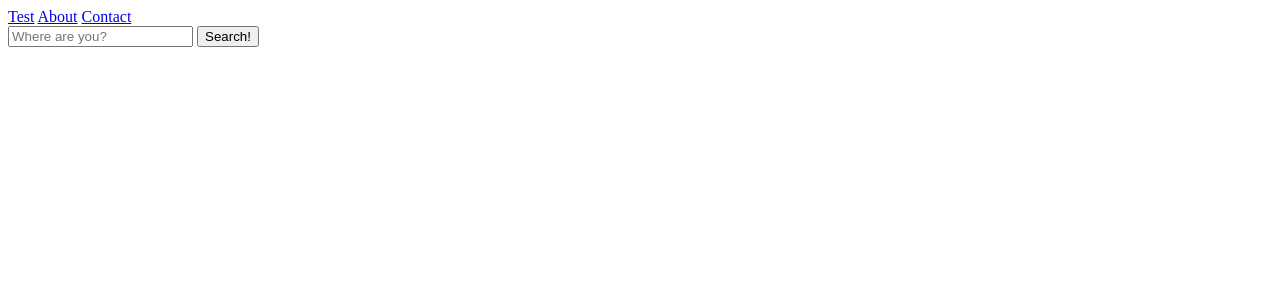
Repository: elliegmawer/test
Page: index.html
The author's editor kept a record of every edit. The page is drawn from the files as they stood at one moment, then again after the next edit.
The browser window is 1280 px wide. The pictures show the whole page.

Above is the page before.
Console error: ReferenceError: emailjs is not defined

After the next edit:
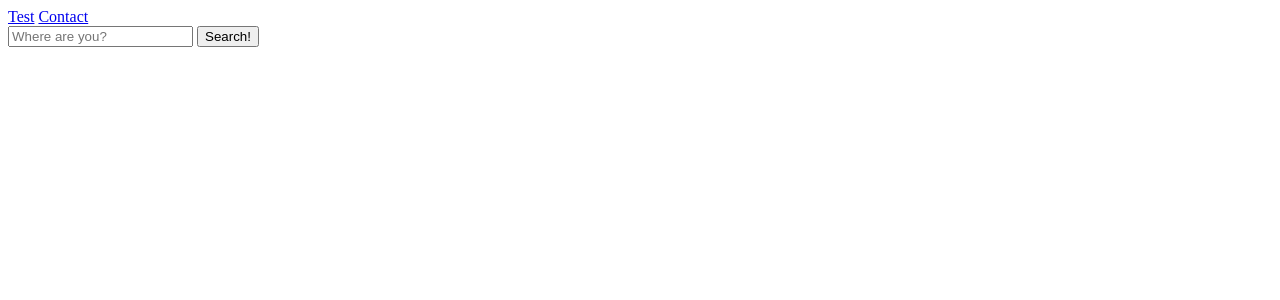
The edit:
--- a/index.html
+++ b/index.html
@@ -26,7 +26,6 @@
   <!-- Navigation links -->
   <div id="navbar">
     <a href="#test">Test</a>
-    <a href="#about">About</a>
     <a href="#contact">Contact</a>
   </div>
 
